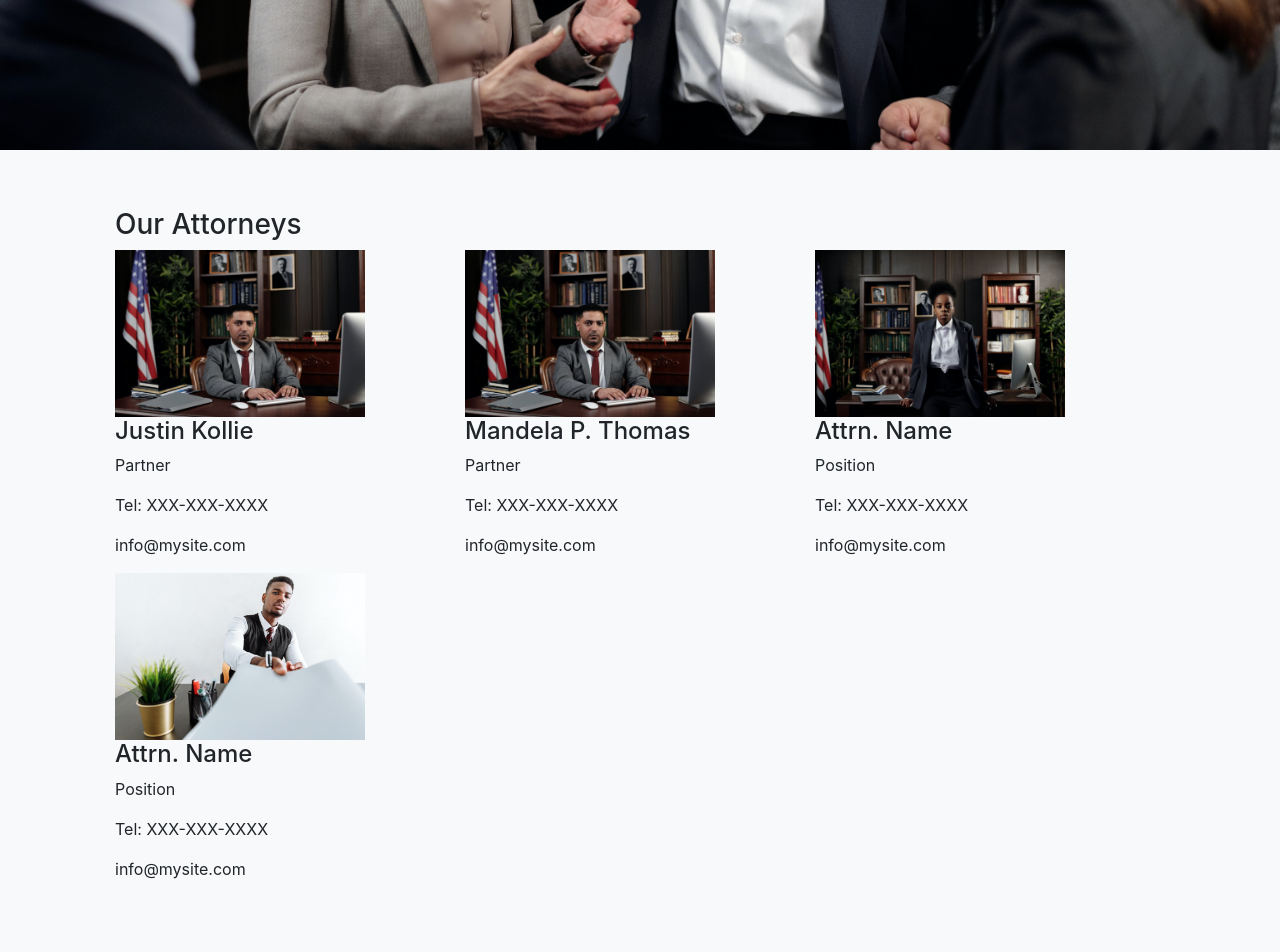
Repository: just-mann/kolllie-kolliellp
Page: index.html
These files come from the project's save history. The page is drawn as it stood at one moment and after the next save; the edit follows.
The browser window is 1280 px wide. The pictures show the part of the page from y = 2422 to 3374 px (the page is 4702 px tall before and 4664 px after).
Pictures or frames that could not be fetched are drawn as grey boxes. Backgrounds fixed to the window are drawn as part of the page.

Above is the page before, as saved 2021-06-02 05:24:46.

After the next save:
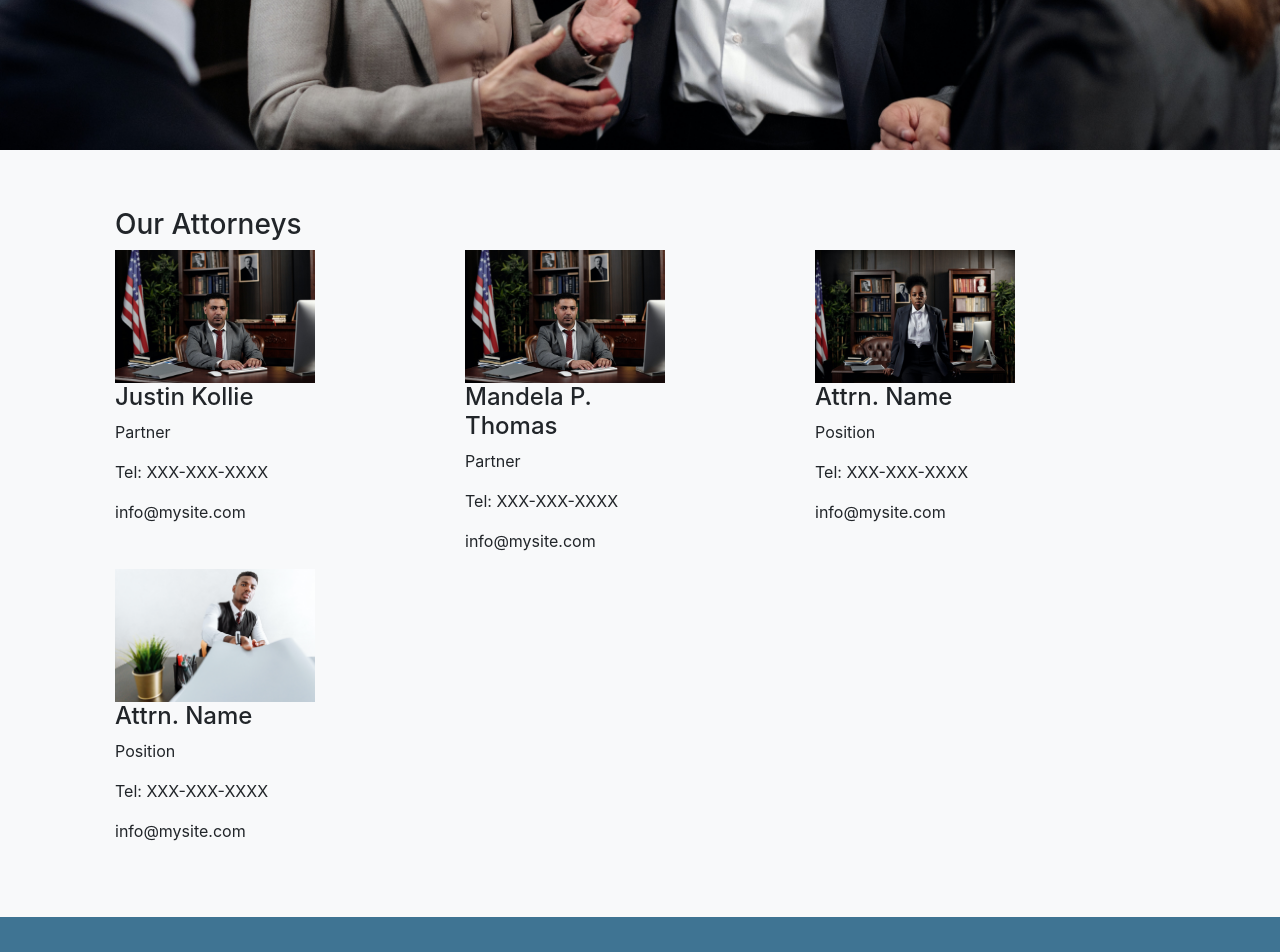
Saved 17 s later.
--- a/assets/css/style.css
+++ b/assets/css/style.css
@@ -265,7 +265,7 @@ form div input, textarea {
     }
 
     .ourAttorneys .myContainer .attorneysDiv .attCard {
-        width: 250px;
+        width: 200px;
     }
 
     .ourAttorneys .myContainer .attorneysDiv .attCard img {
